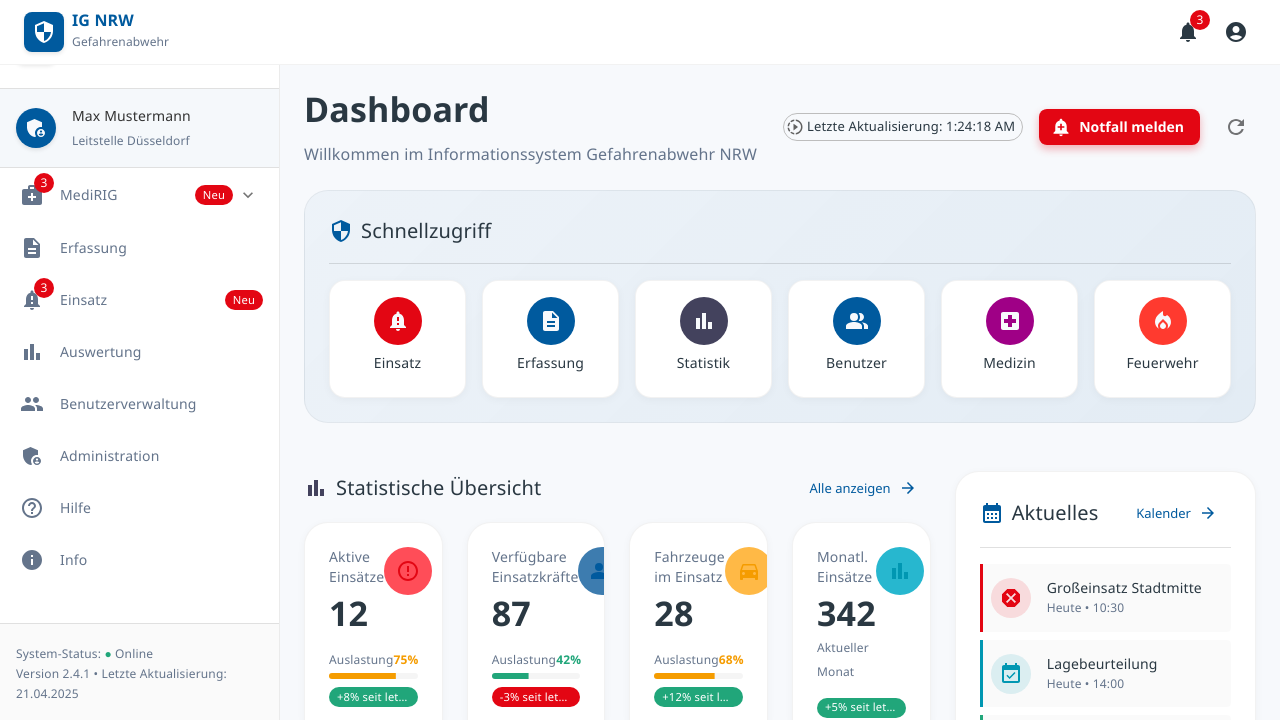
Repository: bynrw/sidebar
Page: /
The author's editor kept a copy of each file at every save. The page is drawn from the files as they stood at one save, then again after the next save.
The browser window is 1280 px wide. The pictures show the whole page.
An inner scrolling area shows only its first screen. The project was rebuilt for these pictures with package versions that can differ from the ones it lists, and the page was loaded fresh each time.

Above is the page before, as saved 2025-04-21 02:38:48.

After the next save:
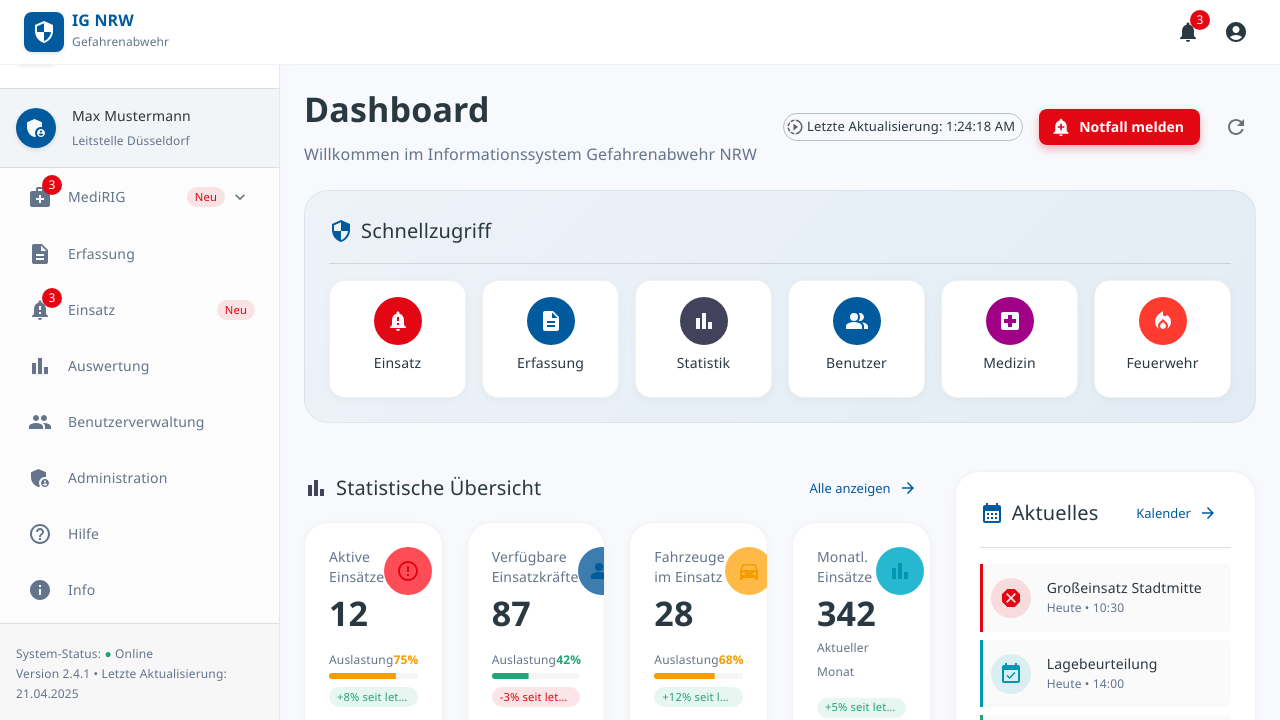
Saved 44 s later.
--- a/src/theme.js
+++ b/src/theme.js
@@ -65,6 +65,8 @@ const theme = createTheme({
     background: {
       default: '#F7F9FC',
       paper: '#FFFFFF',
+      sidebar: '#FCFCFC',
+      submenu: 'rgba(159, 0, 134, 0.03)',
     },
     text: {
       primary: '#2A3842',
@@ -94,6 +96,10 @@ const theme = createTheme({
     button: {
       fontWeight: 500,
       textTransform: 'none',
+    },
+    submenu: {
+      fontSize: '0.815rem',
+      fontWeight: 400,
     },
   },
   shape: {
@@ -159,9 +165,10 @@ const theme = createTheme({
     MuiDrawer: {
       styleOverrides: {
         paper: {
-          backgroundColor: '#FFFFFF',
+          backgroundColor: '#FCFCFC',
           color: '#333333',
           borderRight: '1px solid rgba(0,0,0,0.05)',
+          boxShadow: '0 0 20px rgba(0,0,0,0.02)',
         },
       },
     },
@@ -169,6 +176,8 @@ const theme = createTheme({
       styleOverrides: {
         root: {
           borderRadius: 8,
+          margin: '2px 8px',
+          transition: 'all 0.2s ease',
           '&.Mui-selected': {
             backgroundColor: 'rgba(0, 90, 158, 0.08)',
             color: '#005A9E',
@@ -249,6 +258,30 @@ const theme = createTheme({
           borderRadius: 16,
           fontWeight: 500,
         },
+        colorPrimary: {
+          backgroundColor: 'rgba(0, 90, 158, 0.1)',
+          color: '#005A9E',
+        },
+        colorSecondary: {
+          backgroundColor: 'rgba(67, 66, 93, 0.1)',
+          color: '#43425D',
+        },
+        colorError: {
+          backgroundColor: 'rgba(227, 6, 19, 0.1)',
+          color: '#E30613',
+        },
+        colorWarning: {
+          backgroundColor: 'rgba(245, 156, 0, 0.1)',
+          color: '#F59C00',
+        },
+        colorInfo: {
+          backgroundColor: 'rgba(0, 151, 178, 0.1)',
+          color: '#0097B2',
+        },
+        colorSuccess: {
+          backgroundColor: 'rgba(33, 166, 122, 0.1)',
+          color: '#21A67A',
+        },
       },
     },
     MuiAvatar: {
@@ -268,6 +301,23 @@ const theme = createTheme({
         },
       },
     },
+    MuiCollapse: {
+      styleOverrides: {
+        root: {
+          backgroundColor: 'rgba(159, 0, 134, 0.03)',
+          margin: '0 8px',
+          borderRadius: 8,
+        },
+      },
+    },
+    MuiListItemIcon: {
+      styleOverrides: {
+        root: {
+          minWidth: 40,
+          color: '#64748B',
+        },
+      },
+    },
   },
 });
 
